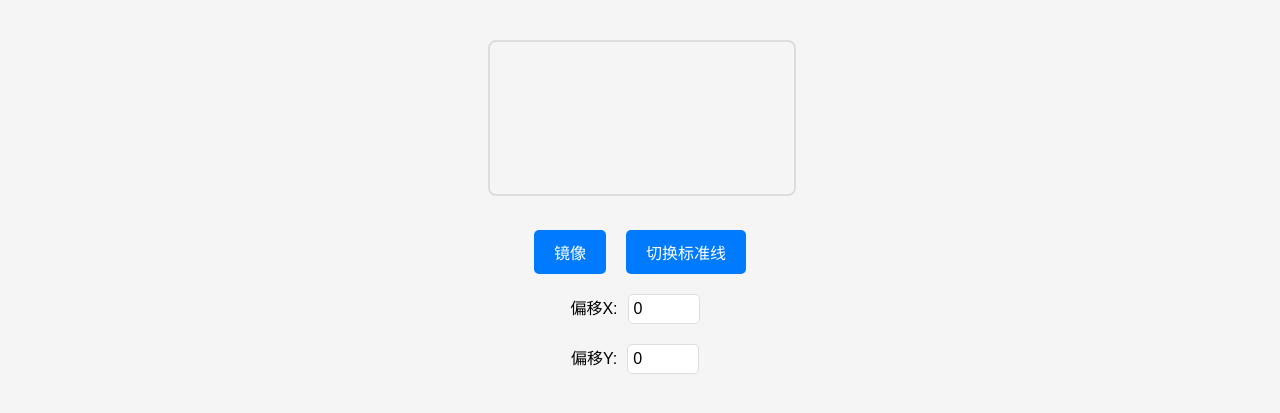
Repository: shasha333333/mirrorOnVue
Page: /
The author's editor kept a copy of each file at every save. The page is drawn from the files as they stood at one save, then again after the next save.
The browser window is 1280 px wide. The pictures show the whole page.
The page's requests for data from a server got no answer. The project was rebuilt for these pictures with package versions that can differ from the ones it lists, and the page was loaded fresh each time. No one was signed in, and anything a server would have sent is missing. Also part of the build but not shown: vue.config.js.

Above is the page before, as saved 2024-11-18 22:04:56.

After the next save:
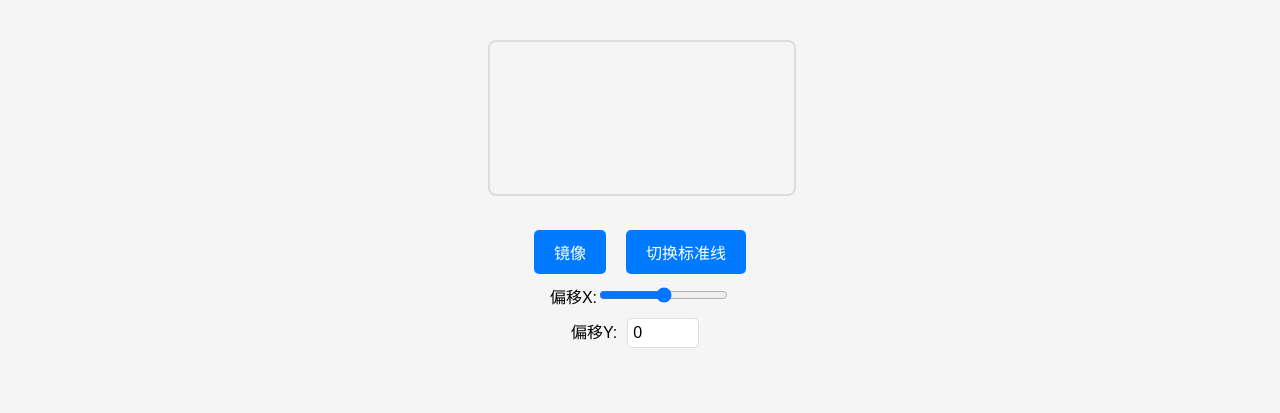
Saved 101 s later.
--- a/src/components/CameraApp.vue
+++ b/src/components/CameraApp.vue
@@ -18,7 +18,7 @@
       <!-- 偏移量调整 -->
       <div>
         <label for="offsetX">偏移X:</label>
-        <input type="number" v-model="offsetX" id="offsetX" />
+        <input type="range" v-model="offsetX" id="offsetX" min="-200" max="200" step="1"/>
       </div>
       <div>
         <label for="offsetY">偏移Y:</label>
